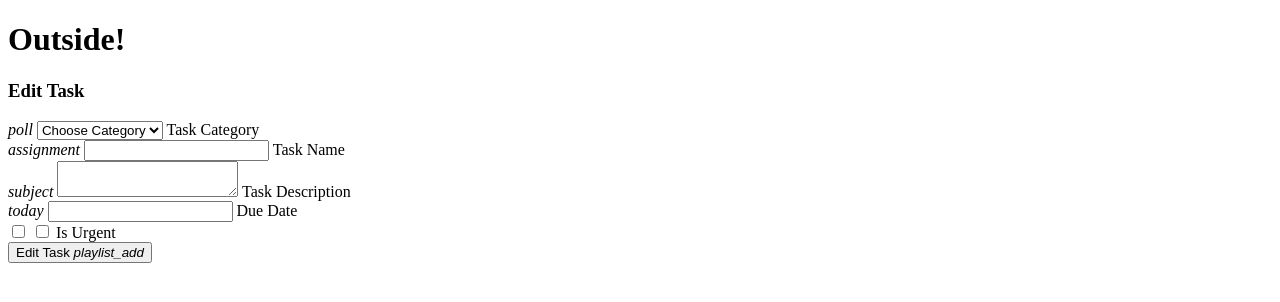
Repository: cesole/task_manager
Page: templates/edittask.html
The author's editor kept a record of every edit. The page is drawn from the files as they stood at one moment, then again after the next edit.
The browser window is 1280 px wide. The pictures show the whole page.
Some web libraries are served in a nearby version. The page is served by the project's application, run on Flask 3 (app.py). The template is opened directly, without the code that normally fills it, so the values that code supplies are empty.

Above is the page before.
Console error: TypeError: $(...).pickadate is not a function

### templates/edittask.html
{% extends 'base.html'%} {% block content %}

<h3>Edit Task</h3>
<div class="row">
    <form action="{{ url_for('update_task', task_id=task._id) }}" method="POST"  class="col s12">
         <div class="row">
            <div class="input-field col s12">
                <i class="material-icons prefix">poll</i>
                <select id="category" name="category_name">
                  <option value="" disabled selected>Choose Category</option>
                  {% for cat in categories %}
                      {% if cat.category_name == task.category_name%}
                      <option value="{{cat.category_name}}" selected >{{cat.category_name}}</option>
                      {% else %}
                       <option value="{{cat.category_name}}">{{cat.category_name}}</option>
                    {% endif %}
                  {% endfor %}
                </select>
                    <label>Task Category</label>
                </div>
            </div>
            <div class="input-field col s12">
                <i class="material-icons prefix">assignment</i>
                <input id="task_name" name="task_name" type="text" class="validate" value="{{task.task_name}}">
                <label for="icon_prefix">Task Name</label>
            </div>
        </div>
        <div class="row">
            <div class="input-field col s12">
                <i class="material-icons prefix">subject</i>
                <textarea name="task_description" id="task_description" class="materialize-textarea">{{task.task_description}}</textarea>
                <label for="icon_telephone">Task Description</label>
            </div>
        </div>
        <div class="row">
            <div id="matfix" class="input-field col s12">
                <i class="material-icons prefix">today</i>
                <input id="due_date" name="due_date" type="text" class="datepicker">
                <label for="icon_prefix">Due Date</label>
            </div>
        </div>
        <div class="row">
            <div class="switch">
                <label>
                    {% if task.is_urgent %}
                        <input id="is_urgent" name="is_urgent" type="checkbox" checked>
                    {% else %}
                        <input id="is_urgent" name="is_urgent" type="checkbox">
                    {% endif%}
                  <input id="is_urgent" name="is_urgent" type="checkbox">
                  <span class="lever"></span>
                  Is Urgent
                </label>
            </div>
        </div>
        <div class="row">
            <button class="btn waves-effect waves-light" type="submit" name="action">Edit Task
                <i class="material-icons right">playlist_add</i>
             </button>
        </div>
    </form>
</div>
<script src="https://cdnjs.cloudflare.com/ajax/libs/jquery/3.2.1/jquery.min.js"></script>
<script type="text/javascript">
    $(document).ready(function() {
        due_date = Date.parse('{{task.due_date}}');
        $('#due_date').pickadate('picker').set('select', due_date, { format: 'dd/mm/yyyy' }).trigger('change');
    });
</script>
{% endblock %}

### templates/base.html
<!DOCTYPE html>
<html lang="en">
<head>
    <meta charset="UTF-8">
    <meta name="viewport" content="width=device-width, initial-scale=1.0">
    <meta http-equiv="X-UA-Compatible" content="ie=edge">
    <title>Document</title>
</head>
<body>
      <h1>Outside!</h1>
        {% block content %}
        {% endblock %}
</body>
</html>

### app.py
import os
from flask import Flask, render_template, redirect, request, url_for
from flask_pymongo import PyMongo
from bson.objectid import ObjectId


app = Flask(__name__)

app.config["MOONGO_DBNAME"] = "task_manager"
app.config["MOONGO_URI"] = "mongodb+srv://root:r00tUser@myfirstcluster-nk9n0.mongodb.net/test?retryWrites=true&w=majority"


mongo = PyMongo(app)

@app.route('/')
@app.route('/get_tasks')

def hello():
    return render_template("tasks.html", tasks=mongo.db.tasks.find())




if __name__ == '__main__':
    app.run(host=os.environ.get('IP'),
            port=int(os.environ.get('PORT')),
            debug=True)

After the next edit:
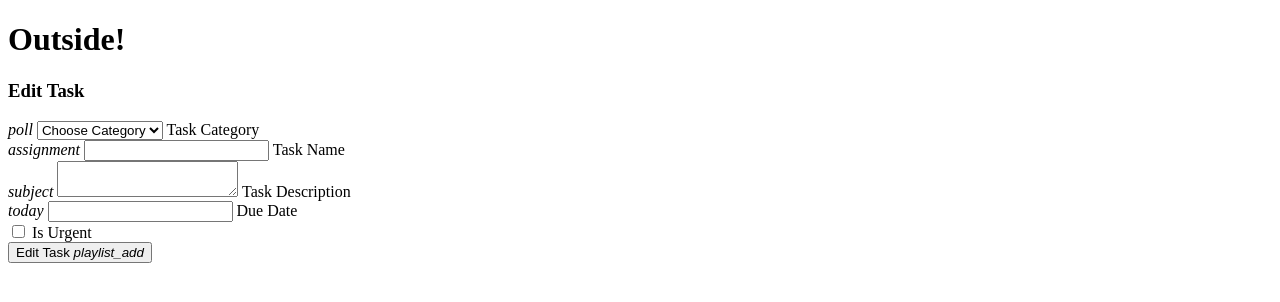
The edit:
--- a/templates/edittask.html
+++ b/templates/edittask.html
@@ -47,7 +47,6 @@
                     {% else %}
                         <input id="is_urgent" name="is_urgent" type="checkbox">
                     {% endif%}
-                  <input id="is_urgent" name="is_urgent" type="checkbox">
                   <span class="lever"></span>
                   Is Urgent
                 </label>
